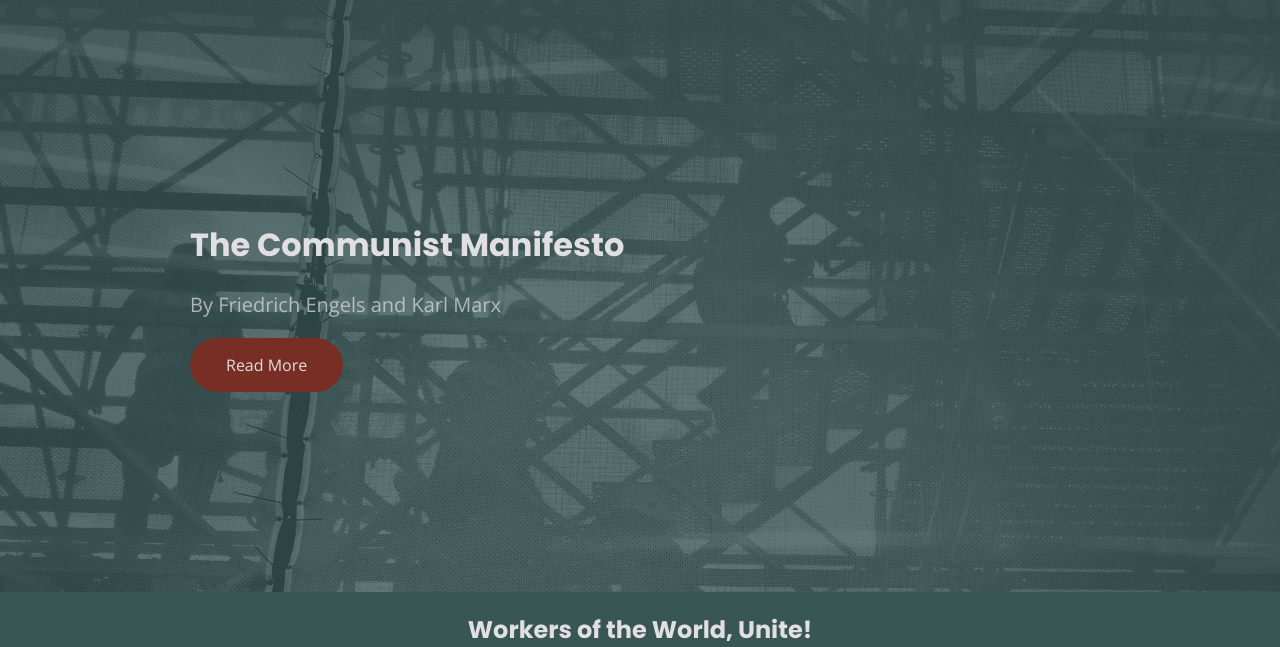
Repository: eaang/landing
Page: index.html
An editor plug-in stored every save of this project. The page is shown before and after the next save, followed by the edit.
The browser window is 1280 px wide. The pictures show the part of the page from y = 0 to 647 px (the page is 1113 px tall).
A picture or video elsewhere on the page could not be fetched, so the positions and the page height are approximate. Some web libraries are served in a nearby version.

Above is the page before, as saved 2020-06-10 16:14:17.

### index.html
<!DOCTYPE html>
<html>
<head>
  <meta charset="UTF-8">
  <title>The Communist Manifesto</title>
  <link rel="shortcut icon" href="data:[embedded picture, 18 characters]" type="image/x-icon">
  <!-- We need this line below for responsiveness! -->
  <meta name="viewport" content="width=device-width, initial-scale=1">
  <link rel="stylesheet" href="css/style.css">
</head>
<body>
  <!-- code a Hero / Banner section -->
  <div class="banner">
    <div class="container">
      <h1>The Communist Manifesto</h1>
      <p>By Friedrich Engels and Karl Marx</p>
      <a class="btn-primary" href="#">Read More</a>
    </div>
  </div>
  <!-- code a "How it works" section -->
  <div class="container">
    <h2 class="text-center">Workers of the World, Unite!</h2>
    <div class="cards">

      <div class="card">
        <img src="images/apply.svg" alt="">
        <h4>Past</h4>
        <p>The history of all hitherto existing society is the history of class struggles.</p>
      </div>

      <div class="card">
        <img src="images/learn.svg" alt="">
        <h4>Present</h4>
        <p>The weapons with which the bourgeoisie felled feudalism to the ground are now turned against the bourgeoisie itself. </p>
      </div>

      <div class="card">
        <img src="images/product.svg" alt="">
        <h4>Future</h4>
        <p>The proletarians have nothing to lose but their chains. They have a world to win.</p>
      </div>

    </div>
  </div>
  <!-- code a footer -->
  <div class="footer">
    <div class="links">
      <a href="#"><i class="fab fa-fw fa-facebook-f"></i></a>
      <a href="#"><i class="fab fa-fw fa-github"></i></a>
      <a href="#"><i class="fab fa-fw fa-twitter"></i></a>
      <a href="#"><i class="fab fa-fw fa-instagram"></i></a>
      <p>The revolution will not be televised. The revolution will be live.</p>

    </div>
  </div>
</body>
</html>

### css/style.css
/* Fonts */
@import url('https://fonts.googleapis.com/css?family=Open+Sans:400,700|Poppins:700');

/* Fontawesome */
@import url('https://use.fontawesome.com/releases/v5.6.3/css/all.css');

/* Utilities */
body {
  margin: 0;
  font-family: Open Sans;
  background-color: #385654;
  color: #E1DFE1;
}

h1, h2, h3, h4 {
  font-family: Poppins;
}

a {
  text-decoration: none;
}

.text-center {
  text-align: center;
}
/* Custom design below! */
.container {
	width: 900px;
	margin: auto;
}

/* Banner design */
.banner:before {
  content: ' ';
  display: block;
  position: absolute;
  left: 0;
  top: 0;
  width: 100%;
  height: 100%;
  z-index: 1;
  opacity: 0.2;
  background-image: url("../images/background.jpg");
  background-repeat: no-repeat;
  background-position: 50% 0;
  -ms-background-size: cover;
  -o-background-size: cover;
  -moz-background-size: cover;
  -webkit-background-size: cover;
  background-size: cover;
}
.banner {
  position: relative;
  background: #385654;
  overflow: hidden;
	padding: 200px 0;
}
.banner h1 {
  position: relative;
  z-index: 2;
	color: #E1DFE1;
}
.banner p {
  position: relative;
  z-index: 2;
	color: #E1DFE1;
	opacity: .7;
	font-size: 20px;
}
.btn-primary {
  position: relative;
  z-index: 2;
	display: inline-block;
	background-color: #772E25;
	padding: 16px 36px;
	border-radius: 50px;
	color: #E1DFE1;
}

/* Cards design */
.cards {
	display: flex;
	justify-content: space-between;
	margin-bottom: 30px;
}
.card {
	width: 200px;
	border-radius: 3px;
	box-shadow: 0 0 5px rgb(40,62,60);
	text-align: center;
	padding: 20px;
	border: 1px solid rgb(40,62,60);
}
.card img {
	height: 100px;
}

After the next save:
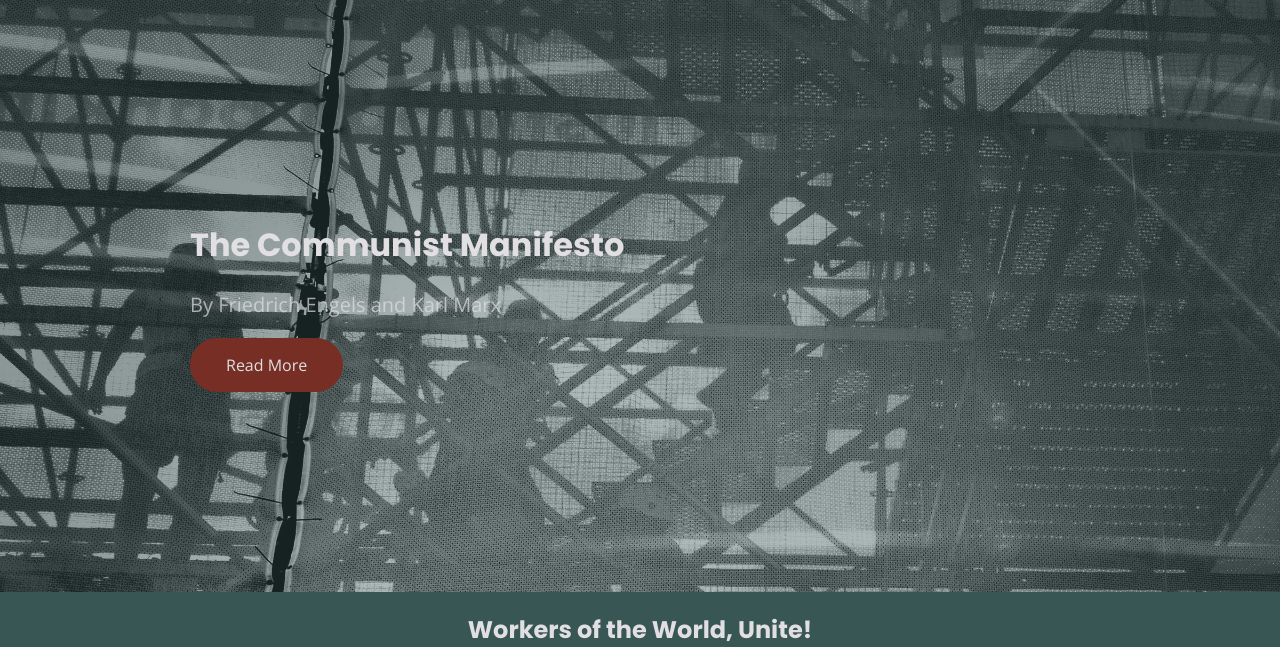
Saved 7 s later.
--- a/css/style.css
+++ b/css/style.css
@@ -39,7 +39,7 @@ a {
   width: 100%;
   height: 100%;
   z-index: 1;
-  opacity: 0.2;
+  opacity: 0.6;
   background-image: url("../images/background.jpg");
   background-repeat: no-repeat;
   background-position: 50% 0;
